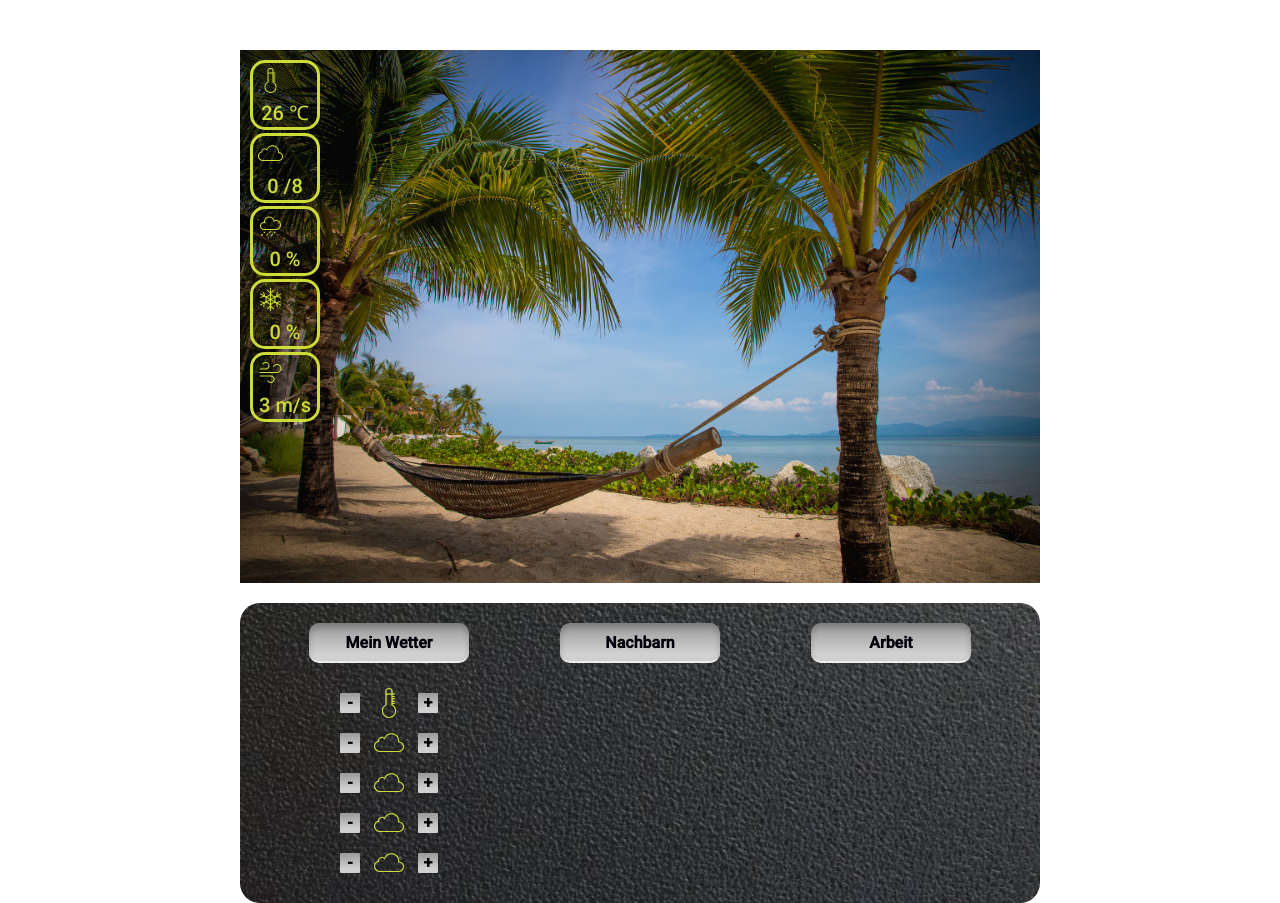
Repository: NadiaSchmitz/wetter.githab.io
Page: index.html
The author's editor kept a record of every edit. The page is drawn from the files as they stood at one moment, then again after the next edit.
The browser window is 1280 px wide. The pictures show the whole page.

Above is the page before.
Not found: styles/background1.css
Not found: styles/background2.css
Not found: styles/background3.css

### index.html
<!DOCTYPE html>
<html>

<head>
  <meta charset="utf-8" />
  <title>Das Wetter</title>
  <link rel="stylesheet" href="./styles/reset.css" type="text/css" />
  <link rel="stylesheet" href="./styles/style.css" type="text/css" />
  <link rel="stylesheet" href="./styles/icons.css" type="text/css" />
  <link rel="stylesheet" href="./styles/textur.css" type="text/css" />
  <link rel="stylesheet" href="./styles/background1.css" type="text/css" />
  <link rel="stylesheet" href="./styles/background2.css" type="text/css" />
  <link rel="stylesheet" href="./styles/background3.css" type="text/css" />
  <meta name="viewport" content="width=device-width, initial-scale=1.0">
  <link rel="preconnect" href="https://fonts.googleapis.com">
  <link rel="preconnect" href="https://fonts.gstatic.com" crossorigin>
  <link href="https://fonts.googleapis.com/css2?family=Roboto:wght@500&display=swap" rel="stylesheet">
  <link rel="shortcut icon" href="images/favicon.png" type="image/x-icon">
  <script src="https://ajax.googleapis.com/ajax/libs/jquery/2.2.0/jquery.min.js"></script>

</head>

<body>
  <section class="wrapper">
    <section class="inner_wrapper">
      <div id="weather" class="main_layout_my_weather">
        <div id="layout_1" class="layout1_my_weather"></div>
        <div class="status_wrapper">
          <div class="status status_temperature">
            <div class="status_value status_temperature_value">
              <span>26</span>
              <span class="celsius">&#8451;</span>
            </div>
          </div>
          <div class="status status_clouds">
            <div class="status_value status_clouds_value">
              <span>0</span>
              <span>/8</span>
            </div>
          </div>
          <div class="status status_rain">
            <div class="status_value status_rain_value">
              <span>0</span>
              <span>%</span>
            </div>
          </div>
          <div class="status status_snow">
            <div class="status_value status_snow_value">
              <span>0</span>
              <span>%</span>
            </div>
          </div>
          <div class="status status_wind">
            <div class="status_value status_wind_value">
              <span>3</span>
              <span>m/s</span>
            </div>
          </div>
        </div>
      </div>
      <div class="control">
        <div class="control_keyboard">
          <div class="control_keyboard_section">
            <div class="weather_button_wrapper">
              <span id="myWeather" class="weather_button">Mein Wetter</span>
            </div>
            <div class="control_keyboard_content">
              <div class="control_keyboard_content_item">
                <span class="control_button temperatur_minus">-</span>
                <span class="control_weather temperatur_value"></span>
                <span class="control_button temperatur_plus">+</span>
              </div>
              <div class="control_keyboard_content_item">
                <span class="control_button clouds_minus">-</span>
                <span class="control_weather clouds_value"></span>
                <span class="control_button clouds_plus">+</span>
              </div>
              <div class="control_keyboard_content_item">
                <span class="control_button clouds_minus">-</span>
                <span class="control_weather clouds_value"></span>
                <span class="control_button clouds_plus">+</span>
              </div>
              <div class="control_keyboard_content_item">
                <span class="control_button clouds_minus">-</span>
                <span class="control_weather clouds_value"></span>
                <span class="control_button clouds_plus">+</span>
              </div>
              <div class="control_keyboard_content_item">
                <span class="control_button clouds_minus">-</span>
                <span class="control_weather clouds_value"></span>
                <span class="control_button clouds_plus">+</span>
              </div>
            </div>
          </div>
          <div class="control_keyboard_section">
            <div class="weather_button_wrapper">
              <span id="nachbarnWeather" class="weather_button">Nachbarn</span>
            </div>
          </div>
          <div class="control_keyboard_section">
            <div class="weather_button_wrapper">
              <span id="arbeitWeather" class="weather_button">Arbeit</span>
            </div>
          </div>
        </div>
      </div>
    </section>
  </section>
  <script type="text/javascript" src="./js/weather.js"></script>
  <script type="text/javascript" src="./js/general.js"></script>
</body>

</html>

### styles/reset.css
html, body, div, span, applet, object, iframe,
h1, h2, h3, h4, h5, h6, p, blockquote, pre,
a, abbr, acronym, address, big, cite, code,
del, dfn, em, img, ins, kbd, q, s, samp,
small, strike, strong, sub, sup, tt, var,
b, u, i, center,
dl, dt, dd, ol, ul, li,
fieldset, form, label, legend,
table, caption, tbody, tfoot, thead, tr, th, td,
article, aside, canvas, details, embed,
figure, figcaption, footer, header, hgroup,
menu, nav, output, ruby, section, summary,
time, mark, audio, video {
	margin: 0;
	padding: 0;
	box-sizing: border-box;
	border: 0;
	font-size: 100%;
	font: inherit;
	vertical-align: baseline;
}
/* HTML5 display-role reset for older browsers */
article, aside, details, figcaption, figure,
footer, header, hgroup, menu, nav, section {
	display: block;
}
body {
	line-height: 1;
}
ol, ul {
	list-style: none;
}
blockquote, q {
	quotes: none;
}
blockquote:before, blockquote:after,
q:before, q:after {
	content: '';
	content: none;
}
table {
	border-collapse: collapse;
	border-spacing: 0;
}

### styles/style.css
.inner_wrapper {
  font-family: 'Roboto', sans-serif;
}

#weather {
  position: relative;
  width: 800px;
  height: 533px;
  background-image: url(../images/palm.jpg);
  background-size: cover;
  background-repeat: no-repeat;
  background-position: 50%;
  margin: 50px auto 20px;
}

.layout {
  position: absolute;
  top: 0;
  bottom: 0;
  left: 0;
  right: 0;
  background-image: url(../images/sunshine.png);
  background-size: cover;
  background-position: 40% 0;
}

.status_wrapper {
  padding: 10px 0 0 10px;
}

.status {
  position: relative;
  width: 70px;
  height: 70px;
  border-radius: 15px;
  border: 3px solid #cddc39;
  background-size: 25px;
  background-position: 5px 5px;
  background-repeat: no-repeat;
  margin: 0 0 3px 0;
}

.status:last-of-type {
  margin: 0;
}

.status_value {
  font-size: 20px;
  line-height: 40px;
  text-align: center;
  color: #cddc39;
  margin: 30px 0 0 0;
}

.control {

}

.control_keyboard {
  width: 800px;
  height: 300px;
  background-color: #3a3939;
  background-size: cover;
  border-radius: 20px;
  text-align: center;
  margin: 0 auto;
  padding: 20px;
}

.control_keyboard_section {
  display: inline-block;
  vertical-align: top;
  width: 32.5%;
  padding: 0 10px 0 10px;
}

.weather_button_wrapper {
  margin: 0 0 30px 0;
}

.weather_button {
  width: 160px;
  height: 40px;
  border-bottom: 2px solid #eee;
  box-shadow: inset rgba(0,0,0,0.2) 0px 5px 6px;
  display: block;
  font-size: 16px;
  line-height: 40px;
  color: #000009;
  font-weight: 700;
  text-align: center;
  text-decoration: none;
  background-image: -webkit-linear-gradient(top, #999, #d0d0d0 80%);
  background-image: -moz-linear-gradient(top, #999, #d0d0d0 80%);
  background-image: -ms-linear-gradient(top, #999, #d0d0d0 80%);
  background-image: -o-linear-gradient(top, #999, #d0d0d0 80%);
  background-image: linear-gradient(top, #999, #d0d0d0 80%);
  -moz-border-radius: 10px;
  -webkit-border-radius: 10px;
  border-radius: 10px;
  -webkit-transition: all .1s ease-in;
  -moz-transition: all .1s ease-in;
  -ms-transition: all .1s ease-in;
  -o-transition: all .1s ease-in;
  transition: all .1s ease-in;
  cursor: pointer;
  margin: 0 auto;
}

.weather_button:hover {
  -webkit-box-shadow: rgba(0,0,0,.4) 0 3px 8px;
  -moz-box-shadow: rgba(0,0,0,.4) 0 3px 8px;
  box-shadow: rgba(0,0,0,.4) 0 3px 8px;
}

.weather_button:active {
  color: #777;
  border-bottom: 1px solid #fff;
  -webkit-box-shadow: inset rgba(0,0,0,.5) 0px 5px 10px;
  -moz-box-shadow: inset rgba(0,0,0,.5) 0px 5px 10px;
  box-shadow: inset rgba(0,0,0,.5) 0px 5px 10px;
}

.control_keyboard_content_item {
  margin: 0 0 15px 0;
}

.control_button {
  display: inline-block;
  vertical-align: top;
  width: 20px;
  height: 20px;
  font-size: 16px;
  line-height: 20px;
  font-weight: 700;
  text-align: center;
  background-image: -webkit-linear-gradient(top, #999, #d0d0d0 80%);
  background-image: -moz-linear-gradient(top, #999, #d0d0d0 80%);
  background-image: -ms-linear-gradient(top, #999, #d0d0d0 80%);
  background-image: -o-linear-gradient(top, #999, #d0d0d0 80%);
  background-image: linear-gradient(top, #999, #d0d0d0 80%);
  -moz-border-radius: 1px;
  -webkit-border-radius: 1px;
  border-radius: 1px;
  -webkit-transition: all .1s ease-in;
  -moz-transition: all .1s ease-in;
  -ms-transition: all .1s ease-in;
  -o-transition: all .1s ease-in;
  transition: all .1s ease-in;
}

.control_weather {
  display: inline-block;
  vertical-align: top;
  width: 30px;
  height: 30px;
  background-position: 50%;
  background-size: cover;
  margin: -5px 10px 0 10px;
}

### js/weather.js
var weatherArray = [];
weatherArray = [
  {
    weatherOwner: "myWeather",
    temperaturUnderLimit: 25,
    temperaturStandart: 26,
    temperaturUpperLimit: 27,
    cloudsUnderLimit: 0,
    cloudsStandart: 0,
    cloudsUpperLimit: 1,
    rainUnderLimit: 0,
    rainStandart: 0,
    rainUpperLimit: 5,
    snowUnderLimit: 0,
    snowStandart: 0,
    snowUpperLimit: 0,
    windUnderLimit: 3,
    windStandart: 3,
    windUpperLimit: 5,
    mainLayout: "",
    layout1: "",
    layout2: ""
  },

  {
    weatherOwner: "nachbarnWeather",
    temperaturUnderLimit: 3,
    temperaturStandart: 5,
    temperaturUpperLimit: 8,
    cloudsUnderLimit: 7,
    cloudsStandart: 8,
    cloudsUpperLimit: 9,
    rainUnderLimit: 80,
    rainStandart: 90,
    rainUpperLimit: 100,
    snowUnderLimit: 0,
    snowStandart: 0,
    snowUpperLimit: 0,
    windUnderLimit: 20,
    windStandart: 30,
    windUpperLimit: 40,
    mainLayout: "",
    layout1: "",
    layout2: ""
  },

  {
    weatherOwner: "arbeitWeather",
    temperaturUnderLimit: -10,
    temperaturStandart: -20,
    temperaturUpperLimit: -30,
    cloudsUnderLimit: 3,
    cloudsStandart: 4,
    cloudsUpperLimit: 5,
    rainUnderLimit: 0,
    rainStandart: 0,
    rainUpperLimit: 100,
    snowUnderLimit: 0,
    snowStandart: 0,
    snowUpperLimit: 0,
    windUnderLimit: 20,
    windStandart: 30,
    windUpperLimit: 40,
    mainLayout: "",
    layout1: "",
    layout2: ""
  },
]

### js/general.js
$(document).ready(function() {
    var widthScreen = $(window).width() - 700;
    var heightScreen = widthScreen / 1.5;

    var screenRatio = widthScreen / heightScreen;

    console.log(widthScreen);
    console.log(heightScreen);
    console.log(screenRatio);

    $(".weather").css("width", widthScreen);
    $(".weather").css("height", heightScreen);
})

Loaded but not shown: styles/icons.css (library); styles/textur.css (library)

After the next edit:
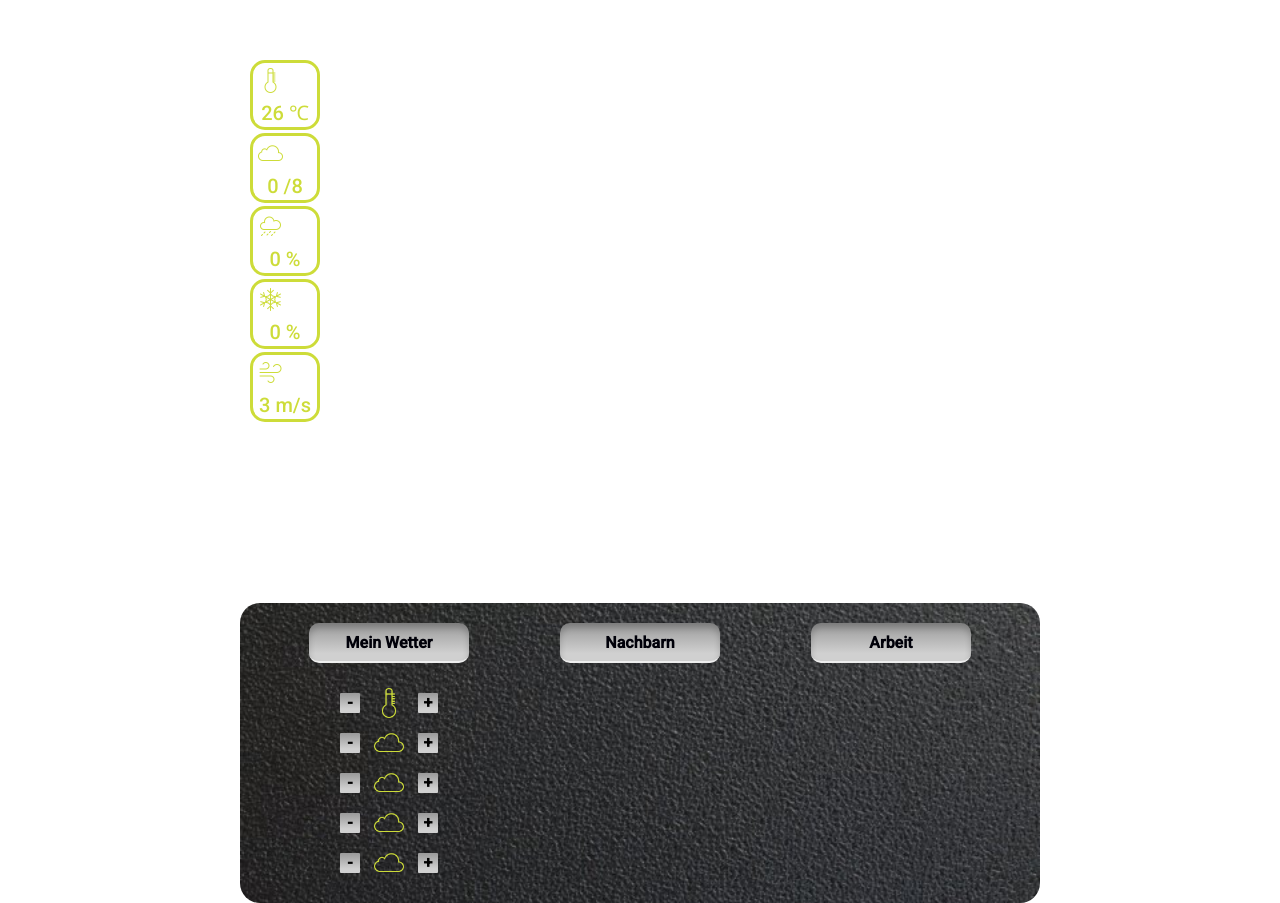
The edit:
--- a/styles/style.css
+++ b/styles/style.css
@@ -6,7 +6,6 @@
   position: relative;
   width: 800px;
   height: 533px;
-  background-image: url(../images/palm.jpg);
   background-size: cover;
   background-repeat: no-repeat;
   background-position: 50%;
